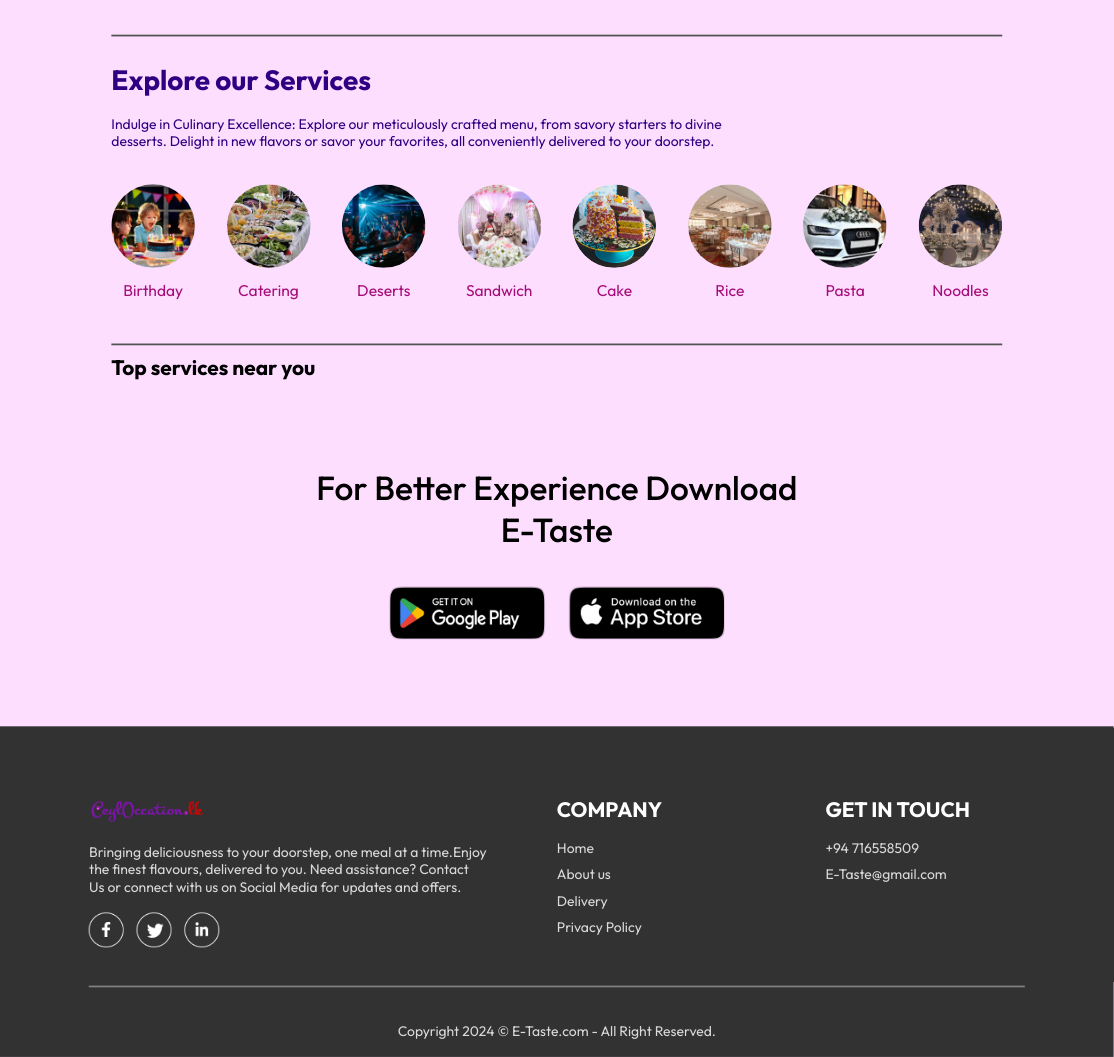
Repository: Abhiranda/Ceyloccation.lk
Page: / (app in frontend/)
These files come from the project's save history. The page is drawn as it stood at one moment and after the next save; the edit follows.
The browser window is 1280 px wide. The pictures show the part of the page from y = 624 to 1839 px (the page is 1839 px tall), at 87% of full size.
The page's requests for data from a server got no answer. The project was rebuilt for these pictures with package versions that can differ from the ones it lists, and the page was loaded fresh each time. No one was signed in, and anything a server would have sent is missing. Also part of the build but not shown: frontend/vite.config.js, frontend/src/pages/PlaceOrder/PlaceOrder.css, frontend/src/pages/PlaceOrder/PlaceOrder.jsx, frontend/src/components/ServiceDisplay/ServiceDisplay.css, frontend/src/components/ServiceItem/ServiceItem.css, frontend/src/components/ServiceItem/ServiceItem.jsx, frontend/src/pages/Cart/Cart.css, frontend/src/pages/Cart/Cart.jsx and 6 more.

Above is the page before, as saved 2024-06-07 14:00:22.

After the next save:
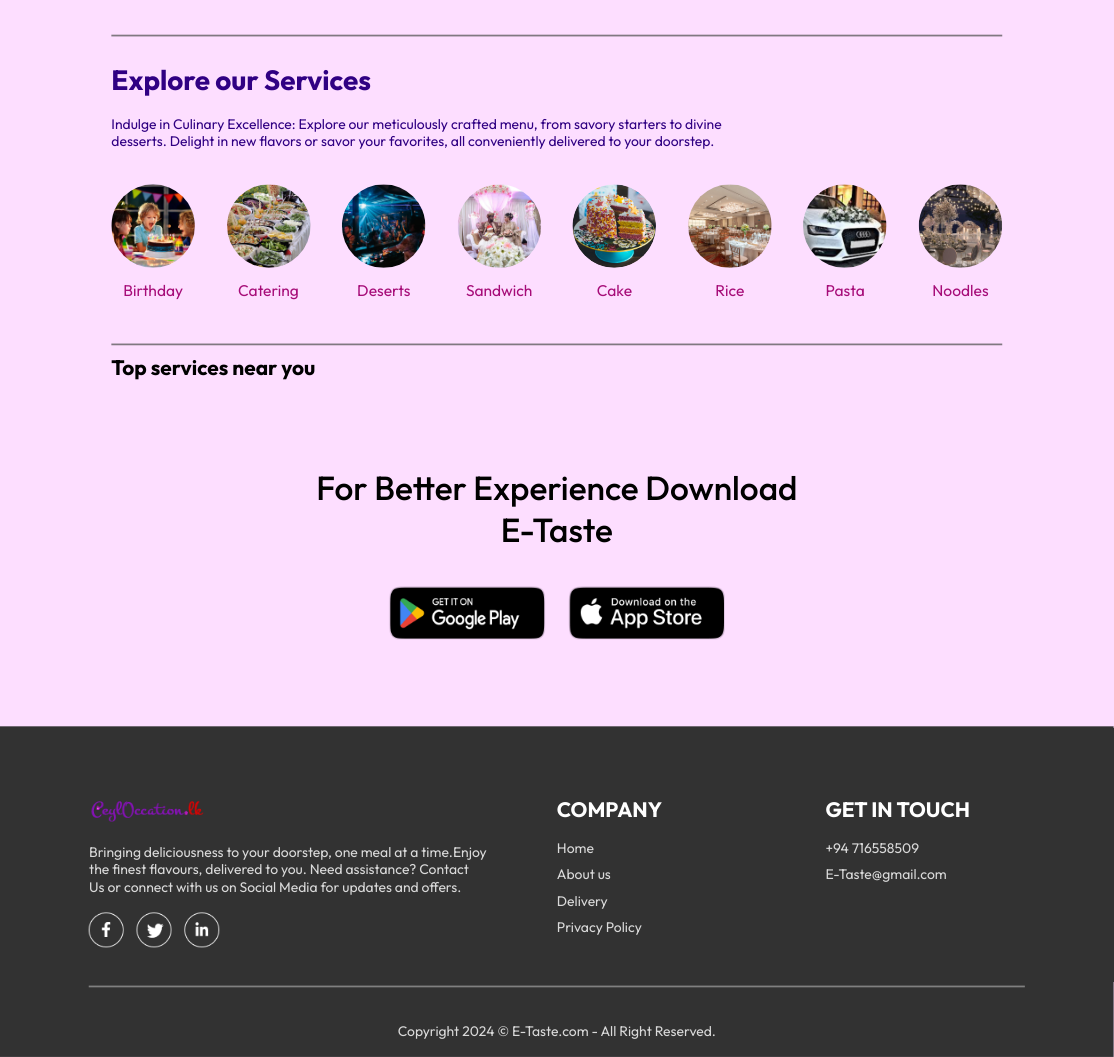
Saved 5 s later.
--- a/frontend/src/components/ExploreMenu/ExploreMenu.css
+++ b/frontend/src/components/ExploreMenu/ExploreMenu.css
@@ -49,7 +49,7 @@
 .explore-menu hr{
     margin: 10px 0px;
     height: 2px;
-    background-color: #515151;
+    background-color: #515151b8;
     border: none;
 }
 
